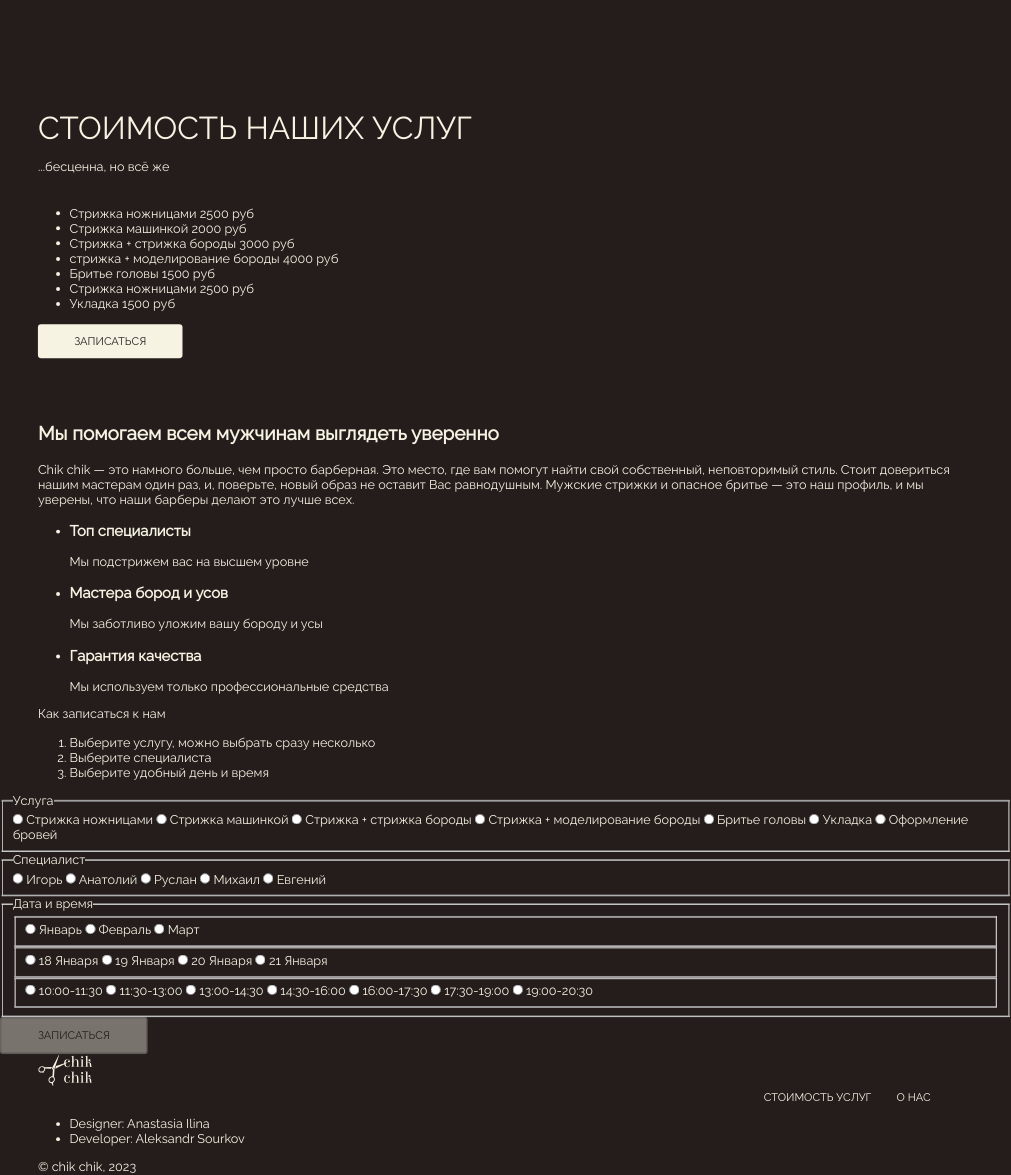
Repository: alexboagreek/chick-chick
Page: index.html
The author's editor kept a copy of each file at every save. The page is drawn from the files as they stood at one save, then again after a run of saves.
The browser window is 1280 px wide. The pictures show the part of the page from y = 646 to 2133 px (the page is 2133 px tall before and 2115 px after), at 79% of full size.
A picture or video elsewhere on the page could not be fetched, so the positions and the page height are approximate.

Above is the page before, as saved 2023-01-18 17:22:43.

After the next 2 saves:
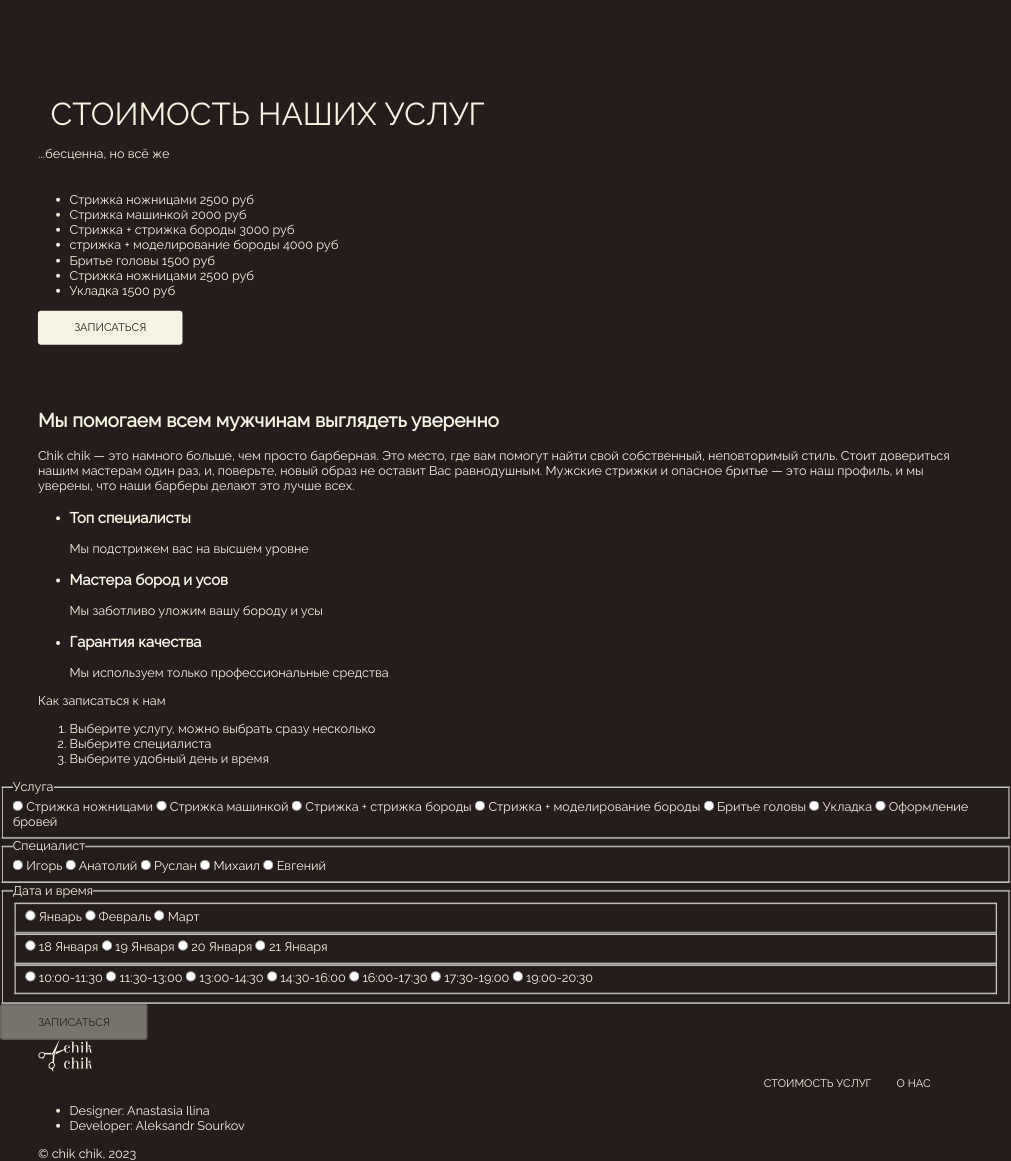
The 2 saves are shown as one change because they came seconds apart.
The last was saved 62 s later.
--- a/styles/price.css
+++ b/styles/price.css
@@ -6,7 +6,7 @@
     font-weight: 400;
     font-size: 40px;
     text-transform: uppercase;
-    margin-bottom: 16px;
+    margin: 16px;
 }
 
 .price__tagline {
